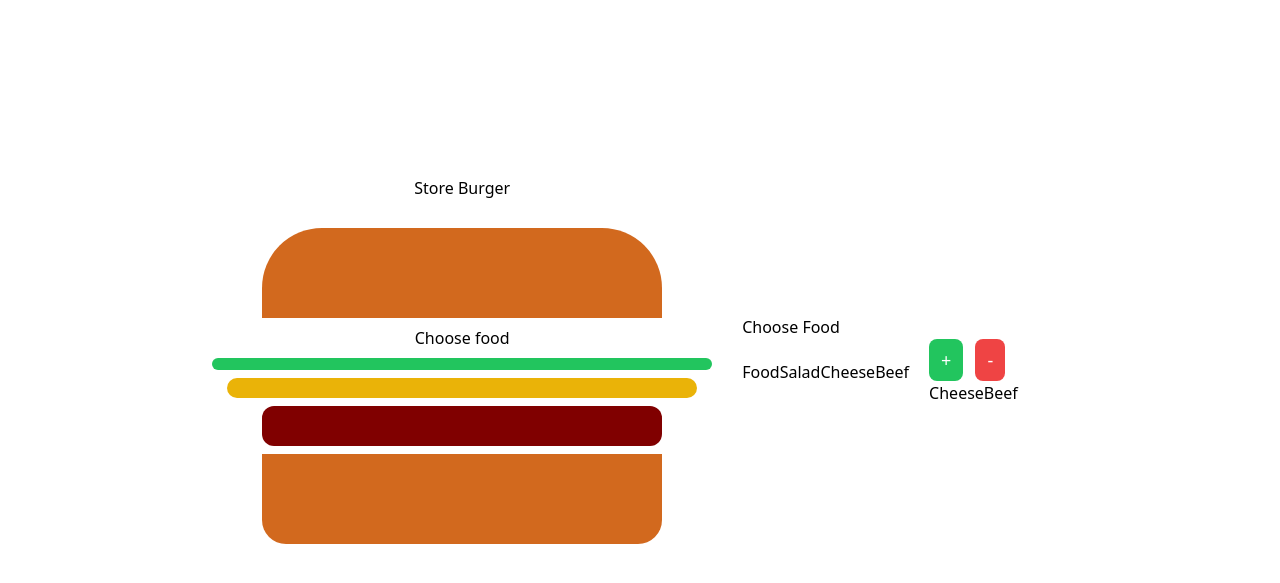
Repository: baobaodeveloper/bootcamp21_HuynhAnhBao_Burger
Page: /
These files come from the project's save history. The page is drawn as it stood at one moment and after the next save; the edit follows.
The browser window is 1280 px wide. The pictures show the whole page.
The project was rebuilt for these pictures with package versions that can differ from the ones it lists, and the page was loaded fresh each time. Also part of the build but not shown: vite.config.js.

Above is the page before, as saved 2022-05-15 17:00:40.

### src/App.jsx
import Burger from "./components/Burger";

function App() {
  return <Burger></Burger>;
}

export default App;

### src/components/Burger.jsx
import React from "react";

export default function Burger() {
  return (
    <div>
      <div className="flex items-center gap-x-20  w-screen h-screen mx-auto justify-center">
        <div className="flex flex-col justify-center items-center gap-y-2 w-[400px]">
          <h2 className="mb-20">Store Burger</h2>
          <div className="bg-[#D2691E] w-full h-[30px] relative">
            <div className="bg-[#D2691E] w-full h-[60px] absolute top-0 left-0 -translate-y-[60px] rounded-tl-full rounded-tr-full"></div>
          </div>
          <p>Choose food</p>
          {/* loop here */}
          <div className="h-3 bg-green-500 w-[500px] rounded-full"></div>
          <div className="h-5 bg-yellow-500 w-[470px] rounded-full"></div>
          <div className="h-10 bg-[#800000] w-[400px] rounded-xl"></div>

          <div className="w-full bg-[#D2691E] h-[90px] rounded-br-3xl rounded-bl-3xl"></div>
        </div>

        <div className="">
          <h2>Choose Food</h2>
          <div className="flex items-center gap-x-5">
            <div>
              <span>Food</span>
              <span>Salad</span>
              <span>Cheese</span>
              <span>Beef</span>
            </div>
            <div>
              <span></span>
              <span className="flex gap-x-3">
                <button className="p-3 leading-none text-lg bg-green-500 text-white rounded-lg">
                  +
                </button>
                <button className="p-3 leading-none text-lg bg-red-500 text-white rounded-lg">
                  -
                </button>
              </span>
              <span>Cheese</span>
              <span>Beef</span>
            </div>
          </div>
        </div>
      </div>
    </div>
  );
}

Loaded but not shown: index.html (common file); src/main.jsx (common file); src/index.scss (common file); tailwind.config.js (common file)

After the next save:
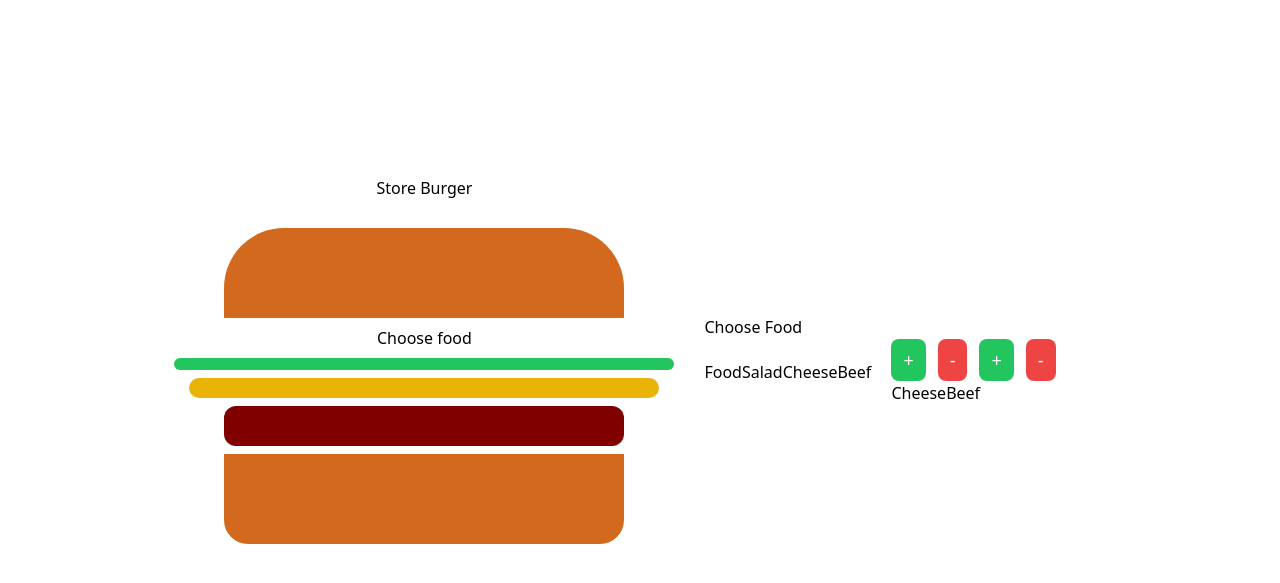
Saved 31 s later.
--- a/src/components/Burger.jsx
+++ b/src/components/Burger.jsx
@@ -27,9 +27,16 @@ export default function Burger() {
               <span>Cheese</span>
               <span>Beef</span>
             </div>
+
             <div>
               <span></span>
               <span className="flex gap-x-3">
+                <button className="p-3 leading-none text-lg bg-green-500 text-white rounded-lg">
+                  +
+                </button>
+                <button className="p-3 leading-none text-lg bg-red-500 text-white rounded-lg">
+                  -
+                </button>
                 <button className="p-3 leading-none text-lg bg-green-500 text-white rounded-lg">
                   +
                 </button>
